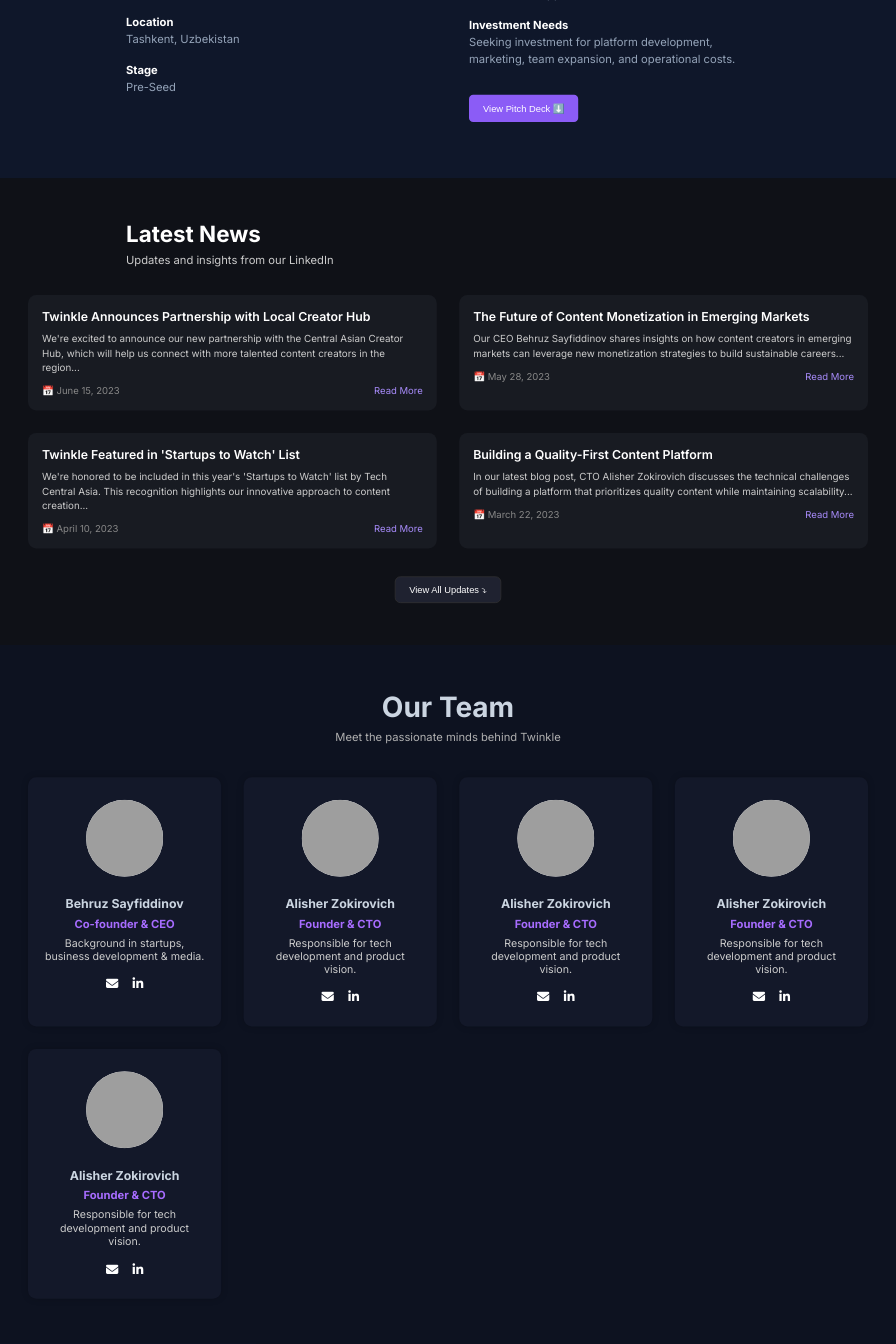
Repository: techboy-33/Twinkle-web
Page: index.html
The author's editor kept a copy of each file at every save. The page is drawn from the files as they stood at one save, then again after the next save.
The browser window is 1280 px wide. The pictures show the part of the page from y = 1068 to 2988 px (the page is 2988 px tall before and 2950 px after), at 70% of full size.
Pictures or frames that could not be fetched are drawn as grey boxes.

Above is the page before, as saved 2025-05-12 11:30:59.

### index.html
<!DOCTYPE html>
<html lang="en">

<head>
    <meta charset="UTF-8" />
    <meta name="viewport" content="width=device-width, initial-scale=1.0" />
    <title>Twinkle</title>
    <link href="styles.css" rel="stylesheet" />
    <link href="https://fonts.googleapis.com/css2?family=Inter:wght@400;600;700&display=swap" rel="stylesheet">
    <link rel="stylesheet" href="https://cdnjs.cloudflare.com/ajax/libs/font-awesome/6.5.0/css/all.min.css">
</head>

<body>
    <header class="navbar">
        <div class="container nav-inner">
            <div class="logo">Twinkle</div>
            <div class="nav-right">
                <nav class="nav-links">
                    <a href="#">General Info</a>
                    <a href="#">News</a>
                    <a href="#">Team</a>
                </nav>
                <div class="nav-icons">
                    <button class="icon-btn">🌐</button>
                    <button class="icon-btn">🌙</button>
                    <button class="contact-btn">Contact</button>
                </div>
            </div>
        </div>
    </header>
    <section class="hero">
        <div class="hero-inner">
            <h1>Twinkle</h1>
            <p class="subtitle">
                A social media platform uniting creators who produce high-quality, intellectual, and value-driven
                content with innovative filtering and multi-monetization models.
            </p>

            <div class="info-grid">
                <div class="info-card">
                    <h3>📍 Founded</h3>
                    <p>15th of December 2024</p>
                </div>
                <div class="info-card">
                    <h3>🏢 Headquarters</h3>
                    <p>Samarkand, Uzbekistan (remote)</p>
                </div>
                <div class="info-card">
                    <h3>🎯 Focus</h3>
                    <p>Creator economy, empowering media industry</p>
                </div>
                <div class="info-card">
                    <h3>🌍 Target Market</h3>
                    <p>Uzbekistan, Global Expansion</p>
                </div>
            </div>

            <button class="learn-btn">Learn More ⌄</button>
        </div>
    </section>
    <main class="container">
        <section class="general-info">
            <h2>General Info</h2>
            <div class="info-columns">
                <div class="left">
                    <p><strong>Industry</strong><br>Social Media, Creator Economy</p>
                    <p><strong>Business Model</strong><br>Platform, Subscription, Transaction Fees</p>
                    <p><strong>Location</strong><br>Tashkent, Uzbekistan</p>
                    <p><strong>Stage</strong><br>Pre-Seed</p>
                </div>
                <div class="right">
                    <p><strong>Description</strong><br>
                        Twinkle is designed to build a community of high-caliber, educational content creators while
                        creating a next-generation media platform that enables expanded monetization opportunities.
                    </p>
                    <p><strong>Investment Needs</strong><br>
                        Seeking investment for platform development, marketing, team expansion, and operational costs.
                    </p>
                    <button class="pitch-btn">View Pitch Deck ⬇️</button>
                </div>
            </div>
        </section>
    </main>
    <section class="news-section">
        <div class="container">
            <h2 class="news-title">Latest News</h2>
            <p class="news-subtitle">Updates and insights from our LinkedIn</p>

            <div class="news-grid">
                <!-- News Card 1 -->
                <div class="news-card">
                    <h3>Twinkle Announces Partnership with Local Creator Hub</h3>
                    <p>We're excited to announce our new partnership with the Central Asian Creator Hub, which will help
                        us connect with more talented content creators in the region...</p>
                    <div class="news-meta">
                        <span>📅 June 15, 2023</span>
                        <a href="#">Read More</a>
                    </div>
                </div>

                <!-- News Card 2 -->
                <div class="news-card">
                    <h3>The Future of Content Monetization in Emerging Markets</h3>
                    <p>Our CEO Behruz Sayfiddinov shares insights on how content creators in emerging markets can
                        leverage new monetization strategies to build sustainable careers...</p>
                    <div class="news-meta">
                        <span>📅 May 28, 2023</span>
                        <a href="#">Read More</a>
                    </div>
                </div>

                <!-- News Card 3 -->
                <div class="news-card">
                    <h3>Twinkle Featured in 'Startups to Watch' List</h3>
                    <p>We're honored to be included in this year's 'Startups to Watch' list by Tech Central Asia. This
                        recognition highlights our innovative approach to content creation...</p>
                    <div class="news-meta">
                        <span>📅 April 10, 2023</span>
                        <a href="#">Read More</a>
                    </div>
                </div>

                <!-- News Card 4 -->
                <div class="news-card">
                    <h3>Building a Quality-First Content Platform</h3>
                    <p>In our latest blog post, CTO Alisher Zokirovich discusses the technical challenges of building a
                        platform that prioritizes quality content while maintaining scalability...</p>
                    <div class="news-meta">
                        <span>📅 March 22, 2023</span>
                        <a href="#">Read More</a>
                    </div>
                </div>
            </div>

            <div class="view-all-wrapper">
                <button class="view-all-btn">View All Updates ⤵</button>
            </div>
        </div>
    </section>
    <section class="team-section">
        <div class="container">
            <h2 class="team-title">Our Team</h2>
            <p class="team-subtitle">Meet the passionate minds behind Twinkle</p>
            <div class="team-grid">
                <!-- Member Card -->
                <div class="team-card">
                    <img src="https://encrypted-tbn0.gstatic.com/images?q=tbn:ANd9GcR9CMIiPoEBXCQ0sEX700hf1_gQ1kkmD3HA4w&s" alt="Avatar of Behruz">
                    <h3>Behruz Sayfiddinov</h3>
                    <p class="role">Co-founder & CEO</p>
                    <p class="desc">Background in startups, business development & media.</p>
                    <div class="icons">
                        <a href="#"><i class="fas fa-envelope"></i></a>
                        <a href="#"><i class="fab fa-linkedin-in"></i></a>
                    </div>
                </div>

                <div class="team-card">
                    <img src="https://encrypted-tbn0.gstatic.com/images?q=tbn:ANd9GcR9CMIiPoEBXCQ0sEX700hf1_gQ1kkmD3HA4w&s" alt="Avatar of Alisher">
                    <h3>Alisher Zokirovich</h3>
                    <p class="role">Founder & CTO</p>
                    <p class="desc">Responsible for tech development and product vision.</p>
                    <div class="icons">
                        <a href="#"><i class="fas fa-envelope"></i></a>
                        <a href="#"><i class="fab fa-linkedin-in"></i></a>
                    </div>
                </div>

                <div class="team-card">
                    <img src="https://encrypted-tbn0.gstatic.com/images?q=tbn:ANd9GcR9CMIiPoEBXCQ0sEX700hf1_gQ1kkmD3HA4w&s" alt="Avatar of Alisher">
                    <h3>Alisher Zokirovich</h3>
                    <p class="role">Founder & CTO</p>
                    <p class="desc">Responsible for tech development and product vision.</p>
                    <div class="icons">
                        <a href="#"><i class="fas fa-envelope"></i></a>
                        <a href="#"><i class="fab fa-linkedin-in"></i></a>
                    </div>
                </div>

                <div class="team-card">
                    <img src="https://encrypted-tbn0.gstatic.com/images?q=tbn:ANd9GcR9CMIiPoEBXCQ0sEX700hf1_gQ1kkmD3HA4w&s" alt="Avatar of Alisher">
                    <h3>Alisher Zokirovich</h3>
                    <p class="role">Founder & CTO</p>
                    <p class="desc">Responsible for tech development and product vision.</p>
                    <div class="icons">
                        <a href="#"><i class="fas fa-envelope"></i></a>
                        <a href="#"><i class="fab fa-linkedin-in"></i></a>
                    </div>
                </div>

                <div class="team-card">
                    <img src="https://encrypted-tbn0.gstatic.com/images?q=tbn:ANd9GcR9CMIiPoEBXCQ0sEX700hf1_gQ1kkmD3HA4w&s" alt="Avatar of Alisher">
                    <h3>Alisher Zokirovich</h3>
                    <p class="role">Founder & CTO</p>
                    <p class="desc">Responsible for tech development and product vision.</p>
                    <div class="icons">
                        <a href="#"><i class="fas fa-envelope"></i></a>
                        <a href="#"><i class="fab fa-linkedin-in"></i></a>
                    </div>
                </div>

            </div>
        </div>
    </section>
</body>

</html>

### styles.css
* {
  margin: 0;
  padding: 0;
  box-sizing: border-box;
}

body {
  margin: 0;
  background-color: #0f172a;
  font-family: 'Inter', sans-serif;
  color: #cbd5e1;
  padding-top: 80px;
}

.container {
  max-width: 1200px;
  margin: 0 auto;
}

.navbar {
  position: fixed;
  top: 0;
  width: 100%;
  background-color: #0f172a;
  z-index: 1000;
  padding: 20px 0;
}

.nav-inner {
  display: flex;
  justify-content: space-between;
  align-items: center;
}
.hero {
  background-color: #0b0b0c;
  color: #fff;
  padding: 100px 0;
}

.hero-inner {
  padding: 0 20%;
  display: flex;
  flex-direction: column;
  align-items: flex-start;
}


.logo {
  font-size: 20px;
  font-weight: 700;
  color: white;
}

.nav-right {
  display: flex;
  align-items: center;
  gap: 24px;
}

.nav-links {
  display: flex;
  gap: 24px;
}

.nav-links a {
  text-decoration: none;
  color: #d1d5db;
  font-weight: 500;
  font-size: 14px;
}

.nav-icons {
  display: flex;
  align-items: center;
  gap: 16px;
}

.icon-btn {
  background: none;
  border: none;
  color: #d1d5db;
  font-size: 18px;
  cursor: pointer;
}

.contact-btn {
  background-color: #8b5cf6;
  border: none;
  color: white;
  padding: 8px 16px;
  border-radius: 6px;
  font-weight: 600;
  font-size: 14px;
  cursor: pointer;
}


.main-container {
  max-width: 1200px;
  margin: 60px auto;
  padding-left: 60px;
  display: flex;
  justify-content: flex-start;
}


.hero-inner h1 {
  font-size: 56px;
  font-weight: 800;
  margin-bottom: 20px;
}

.subtitle {
  font-size: 18px;
  max-width: 720px;
  color: #a1a1aa;
  margin-bottom: 50px;
  line-height: 1.7;
}

.info-grid {
  display: grid;
  grid-template-columns: repeat(2, 1fr);
  gap: 24px 40px;
  width: 100%;
  margin-bottom: 40px;
}

.info-card {
  background-color: #101014;
  padding: 24px 28px;
  border: 1px solid #1e1e2e;
  border-radius: 10px;
  display: flex;
  flex-direction: column;
  gap: 8px;
}

.info-card h3 {
  font-size: 16px;
  color: #d4d4d8;
  font-weight: 600;
  display: flex;
  align-items: center;
  gap: 8px;
}

.info-card h3::before {
  content: '📌';
  color: #a855f7;
}

.info-card:nth-child(2) h3::before {
  content: '🏢';
}

.info-card:nth-child(3) h3::before {
  content: '🎯';
}

.info-card:nth-child(4) h3::before {
  content: '🌍';
}

.info-card p {
  font-size: 14px;
  color: #a1a1aa;
}

.learn-btn {
  background-color: #8b5cf6;
  color: white;
  padding: 12px 28px;
  font-size: 16px;
  border-radius: 6px;
  border: none;
  cursor: pointer;
  transition: background 0.3s ease;
}

.learn-btn:hover {
  background-color: #7c3aed;
}

/* General Info Section */
.general-info {
  padding: 80px 140px;
}

.general-info h2 {
  text-align: center;
  font-size: 32px;
  color: white;
  margin-bottom: 40px;
}

.info-columns {
  display: flex;
  gap: 60px;
  justify-content: space-between;
}

.info-columns .left,
.info-columns .right {
  flex: 1;
}

.info-columns p {
  margin-bottom: 20px;
  color: #94a3b8;
  line-height: 24px;
}

.info-columns strong {
  color: white;
}

/* Pitch Deck Button */
.pitch-btn {
  background-color: #8b5cf6;
  color: white;
  border: none;
  padding: 12px 20px;
  font-weight: 500;
  border-radius: 6px;
  margin-top: 20px;
  cursor: pointer;
}

/* new section */
.news-section {
  background-color: #0f1117;
  color: #fff;
  padding: 60px 20px;
}

.news-title {
  font-size: 2rem;
  font-weight: 700;
  margin-bottom: 8px;
  padding-left: 140px;
}

.news-subtitle {
  color: #ccc;
  margin-bottom: 40px;
  padding-left: 140px;

}

.news-grid {
  display: grid;
  grid-template-columns: repeat(2, 1fr);
  gap: 32px;
  max-width: 1200px;
  margin: 0 auto;
}

.news-card {
  background-color: #181b22;
  border-radius: 12px;
  padding: 20px;
  transition: background 0.3s;
}

.news-card h3 {
  font-size: 1.1rem;
  font-weight: 600;
  margin-bottom: 10px;
}

.news-card p {
  font-size: 14px;
  line-height: 1.5;
  color: #ccc;
}

.news-meta {
  display: flex;
  justify-content: space-between;
  align-items: center;
  font-size: 0.85rem;
  margin-top: 15px;
  color: #888;
}

.news-meta a {
  color: #a78bfa;
  text-decoration: none;
  font-weight: 500;
}

.view-all-wrapper {
  text-align: center;
  margin-top: 40px;
}

.view-all-btn {
  background-color: #1f2230;
  color: #fff;
  padding: 10px 20px;
  border-radius: 8px;
  border: 1px solid #333;
  cursor: pointer;
  transition: all 0.2s ease;
}

.view-all-btn:hover {
  background-color: #2c2f3e;
}

/* team section */
.team-section {
  background-color: #0d1220;
  padding: 4rem 1rem;
  text-align: center;
}

.team-title {
  font-size: 2.5rem;
  font-weight: bold;
  margin-bottom: 0.5rem;
}

.team-subtitle {
  color: #b0b0b0;
  font-size: 1rem;
  margin-bottom: 3rem;
}

.team-grid {
  display: grid;
  grid-template-columns: repeat(auto-fit, minmax(260px, 1fr));
  gap: 2rem;
  justify-items: center;
}

.team-card {
  background-color: #131829;
  border-radius: 12px;
  padding: 2rem 1.5rem;
  width: 100%;
  max-width: 360px;
  text-align: center;
  box-shadow: 0 0 10px rgba(0,0,0,0.2);
}

.team-card img {
  width: 110px;
  height: 110px;
  border-radius: 50%;
  background-color: white;
  object-fit: cover;
  margin-bottom: 1rem;
}

.team-card h3 {
  font-size: 1.1rem;
  margin: 0.5rem 0;
}

.team-card .role {
  color: #a76cff;
  font-weight: bold;
  margin-bottom: 0.5rem;
}

.team-card .desc {
  font-size: 0.95rem;
  color: #ccc;
  margin-bottom: 1.2rem;
}

.icons a {
  color: white;
  margin: 0 0.5rem;
  font-size: 1.1rem;
  transition: color 0.3s ease;
}

.icons a:hover {
  color: #a76cff;
}

After the next save:
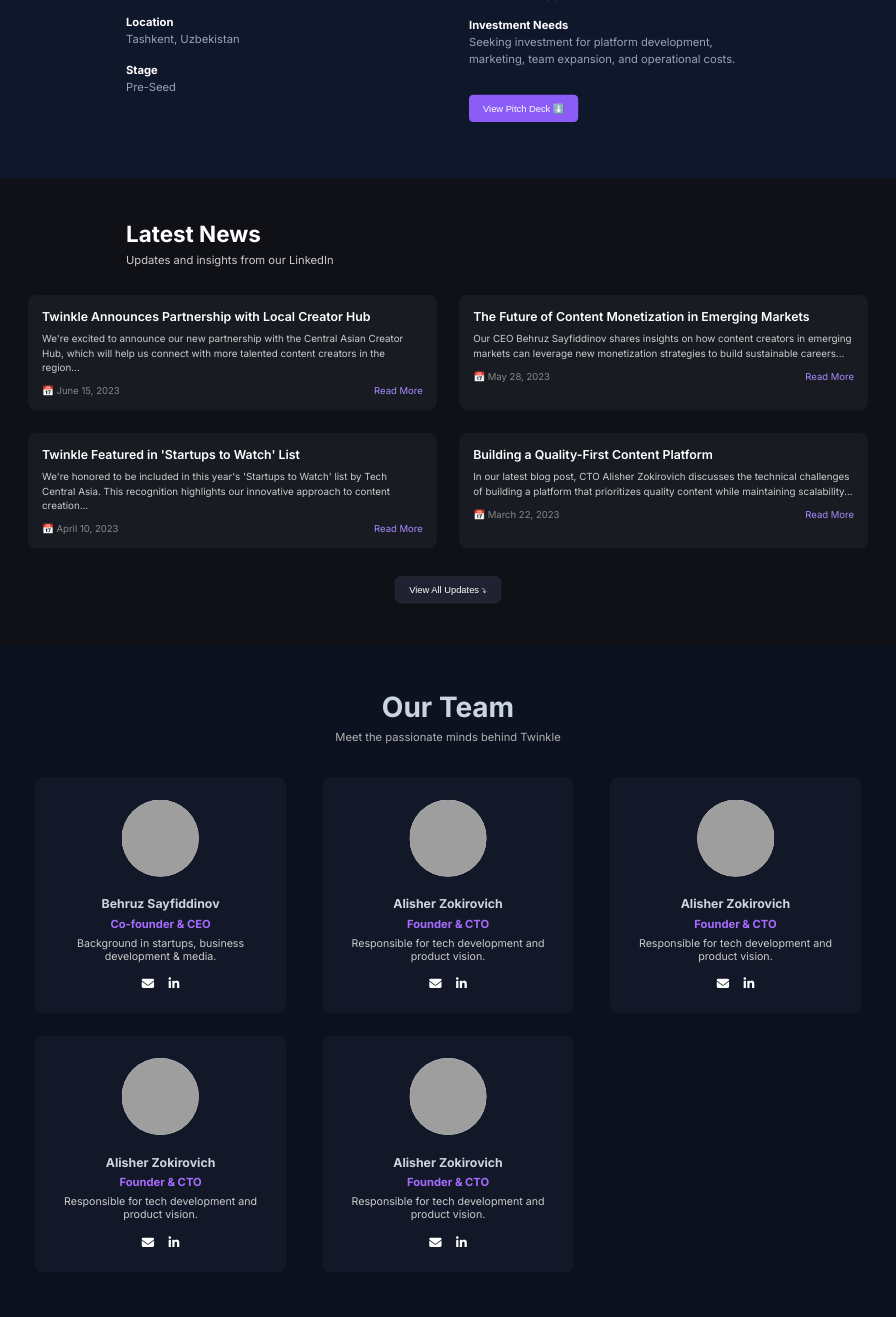
Saved 19 s later.
--- a/styles.css
+++ b/styles.css
@@ -330,7 +330,7 @@
 
 .team-grid {
   display: grid;
-  grid-template-columns: repeat(auto-fit, minmax(260px, 1fr));
+  grid-template-columns: repeat(auto-fit, minmax(300px, 1fr));
   gap: 2rem;
   justify-items: center;
 }
